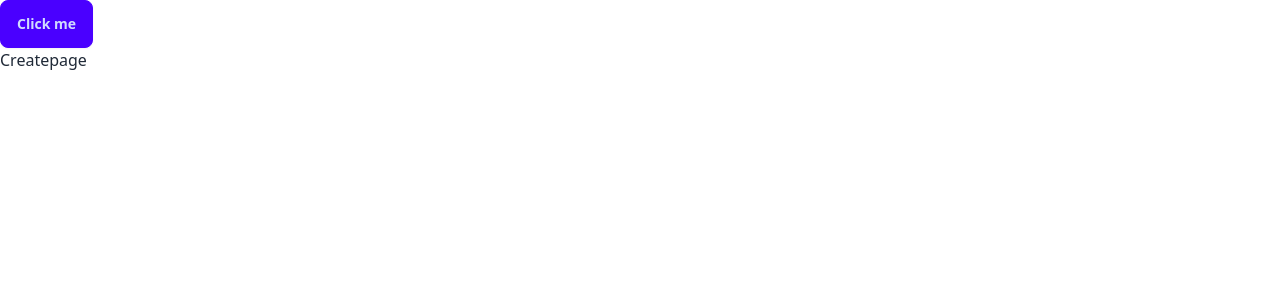
Repository: Harsha201105/ThinkBoard
Page: /create (app in frontend/)
The author's editor kept a copy of each file at every save. The page is drawn from the files as they stood at one save, then again after the next save.
The browser window is 1280 px wide. The pictures show the whole page.
The project was rebuilt for these pictures with package versions that can differ from the ones it lists, and the page was loaded fresh each time. Also part of the build but not shown: frontend/vite.config.js, frontend/src/pages/HomePage.jsx, frontend/src/pages/NoteDetailPage.jsx.

Above is the page before, as saved 2025-09-06 09:53:15.

After the next save:
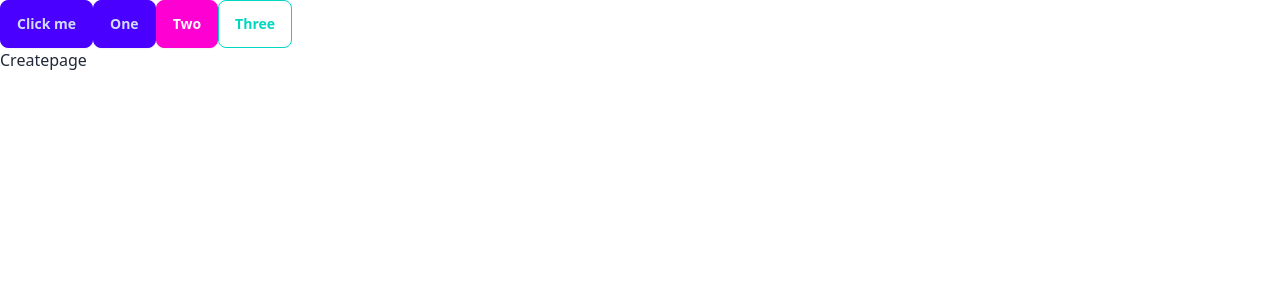
Saved 5 min 0 s later.
--- a/frontend/src/App.jsx
+++ b/frontend/src/App.jsx
@@ -9,6 +9,16 @@
   return (
     <div>
       <button onClick={()=>toast.success("Success")} className='btn btn-primary'>Click me</button>
+      <button onClick={()=>toast.success("GOt it")}class="btn btn-primary">One</button>
+      <button onClick={()=>toast.error("Cant work")}class="btn btn-secondary">Two</button>
+      <button onClick={()=>toast.promise(
+  saveSettings(settings),
+   {
+     loading: 'Saving...',
+     success: <b>Settings saved!</b>,
+     error: <b>Could not save.</b>,
+   }
+ )}class="btn btn-accent btn-outline">Three</button>
       <Routes>
         <Route path="/" element={<HomePage />} />
         <Route path="/create" element={<CreatePage />} />
